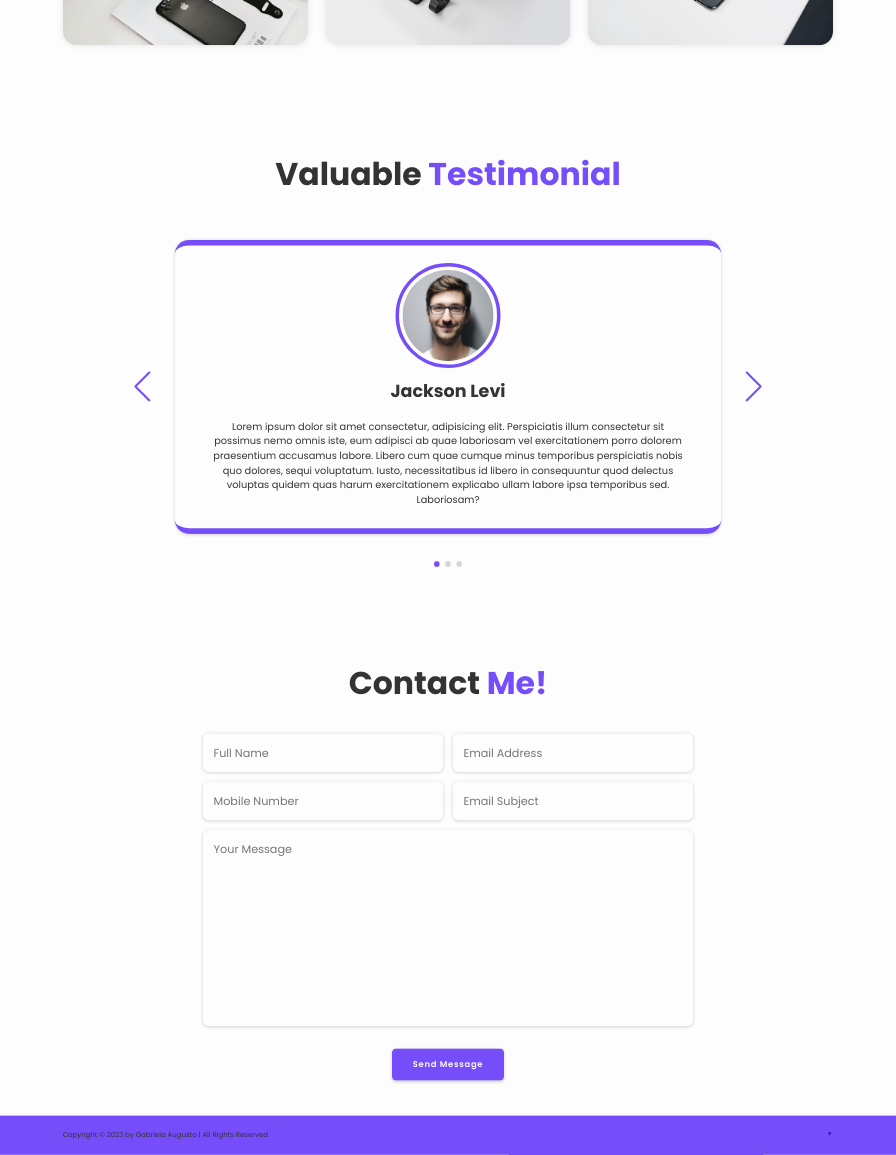
Repository: Gabi-Augusto/Portfolio
Page: index.html
The author's editor kept a copy of each file at every save. The page is drawn from the files as they stood at one save, then again after the next save.
The browser window is 1280 px wide. The pictures show the part of the page from y = 2744 to 4664 px (the page is 4394 px tall before and 4664 px after), at 70% of full size.

Above is the page before, as saved 2023-11-29 21:09:06.

After the next save:
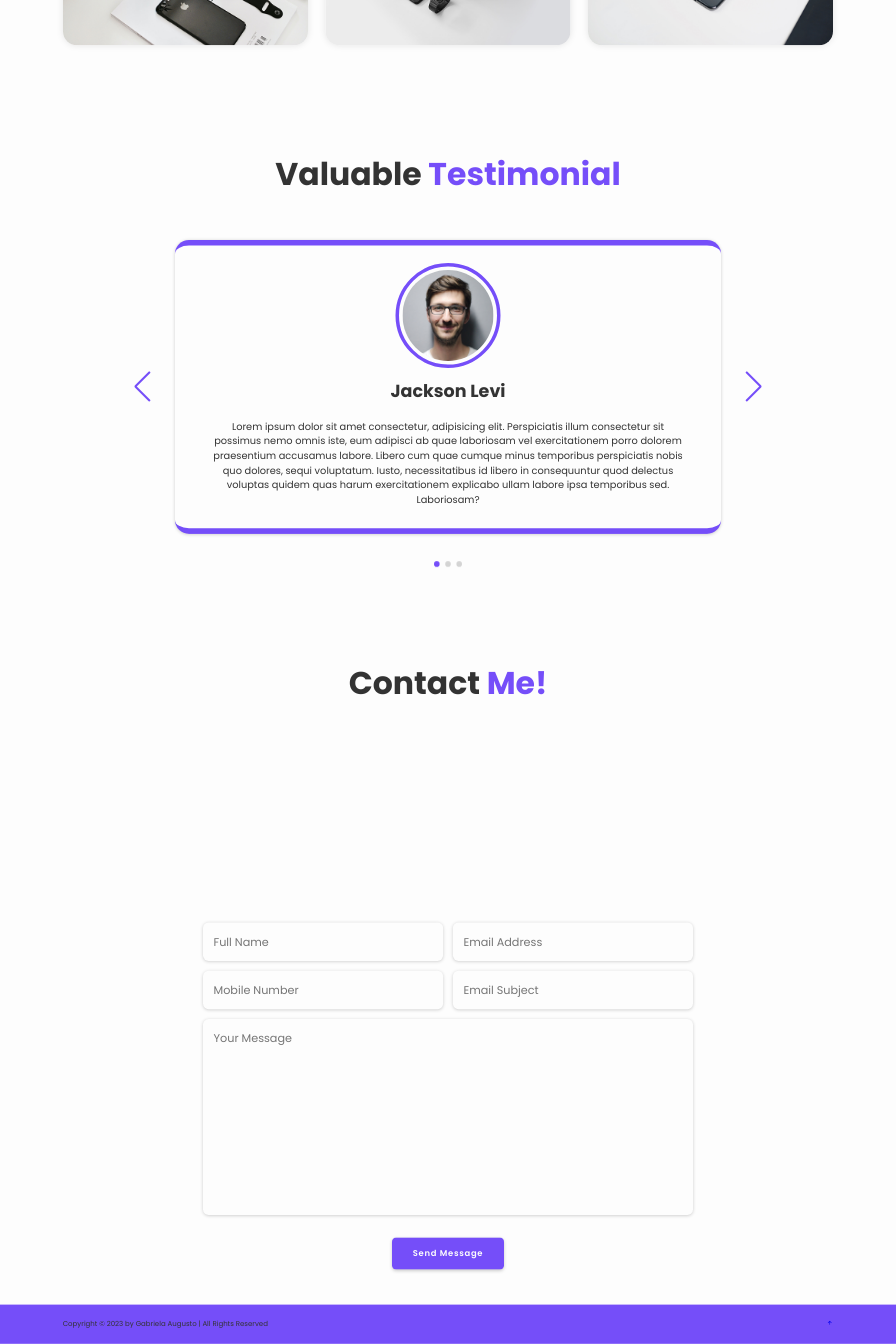
Saved 57 s later.
--- a/css/style.css
+++ b/css/style.css
@@ -490,7 +490,7 @@
 }
 
 .contact h2 {
-    margin-bottom: 3rem;
+    margin-bottom: 30rem;
 }
 
 .contact form {

After the save that followed:
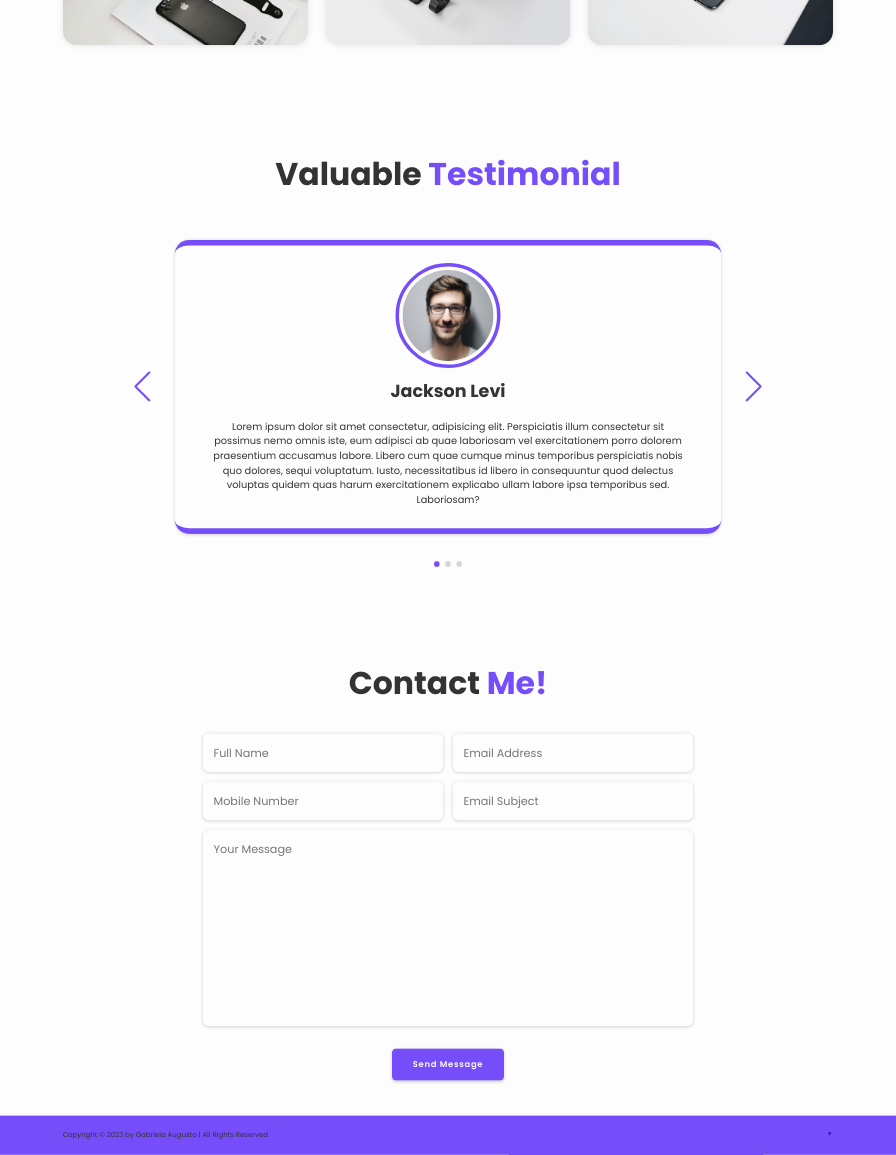
Saved 8 s later.
--- a/css/style.css
+++ b/css/style.css
@@ -490,7 +490,7 @@
 }
 
 .contact h2 {
-    margin-bottom: 30rem;
+    margin-bottom: 3rem;
 }
 
 .contact form {
